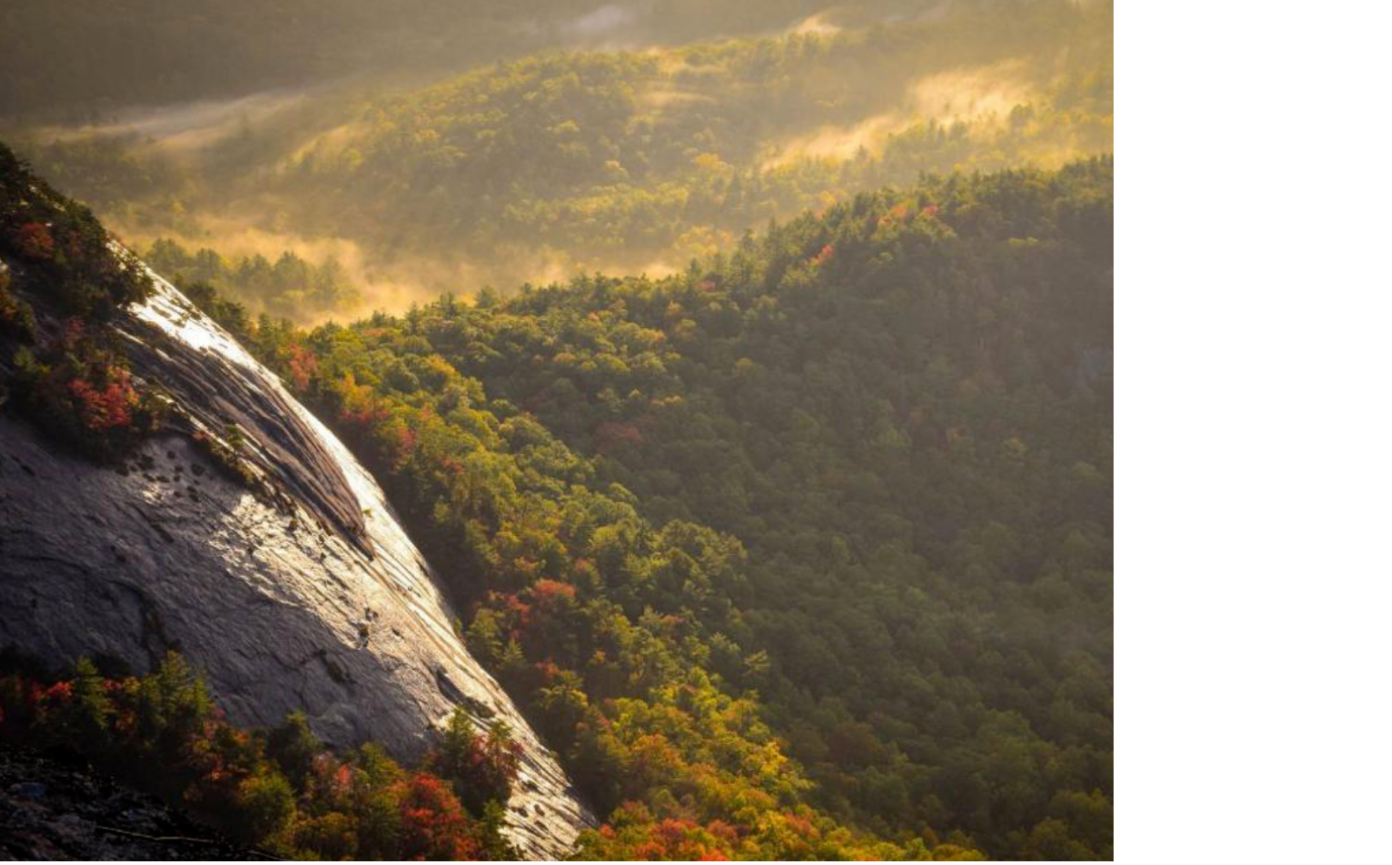
Repository: sogeisetsu/suy-ife
Page: 009-011/index.html
An editor plug-in stored every save of this project. The page is shown before and after the next save, followed by the edit.
The browser window is 1280 px wide. The page is 1280 px wide, then 1600 px, so the pictures cover 1600 px, including what lies to the right of the window. The pictures show the whole page, at 87% of full size.

Above is the page before, as saved 2019-10-10 18:23:38.

### 009-011/index.html
<!DOCTYPE html>
<html>
    <head>
        <meta name="charset" content="utf-8">
        <meta http-equiv="refresh" content="30">
        <link rel="stylesheet" href="index.css" type="text/css">
    </head>
    <body>
        <div id=head>
            <div class=headback>
                <img src="sucai/head-back.png" alt="头部背景">
                <div class="headbackcolor"></div>
            </div>
        </div>
    </body>
</html>

### 009-011/index.css
html,body{
    margin: 0;
    height: 100%;
    width: 100%;
}
#head{
    width: 100%;
    height: 990px;
}
.headback{
    position: absolute;
    overflow: hidden;
    z-index: -1;
    width: 100%;
}
.headbackcolor{
    width: 100%;
    height: 100%;
    background-color: #616161;
    position: relative;
    bottom: 990px;
}
/* #headbackimage{
    width: 100%;
    height: 100%;
} */

After the next save:
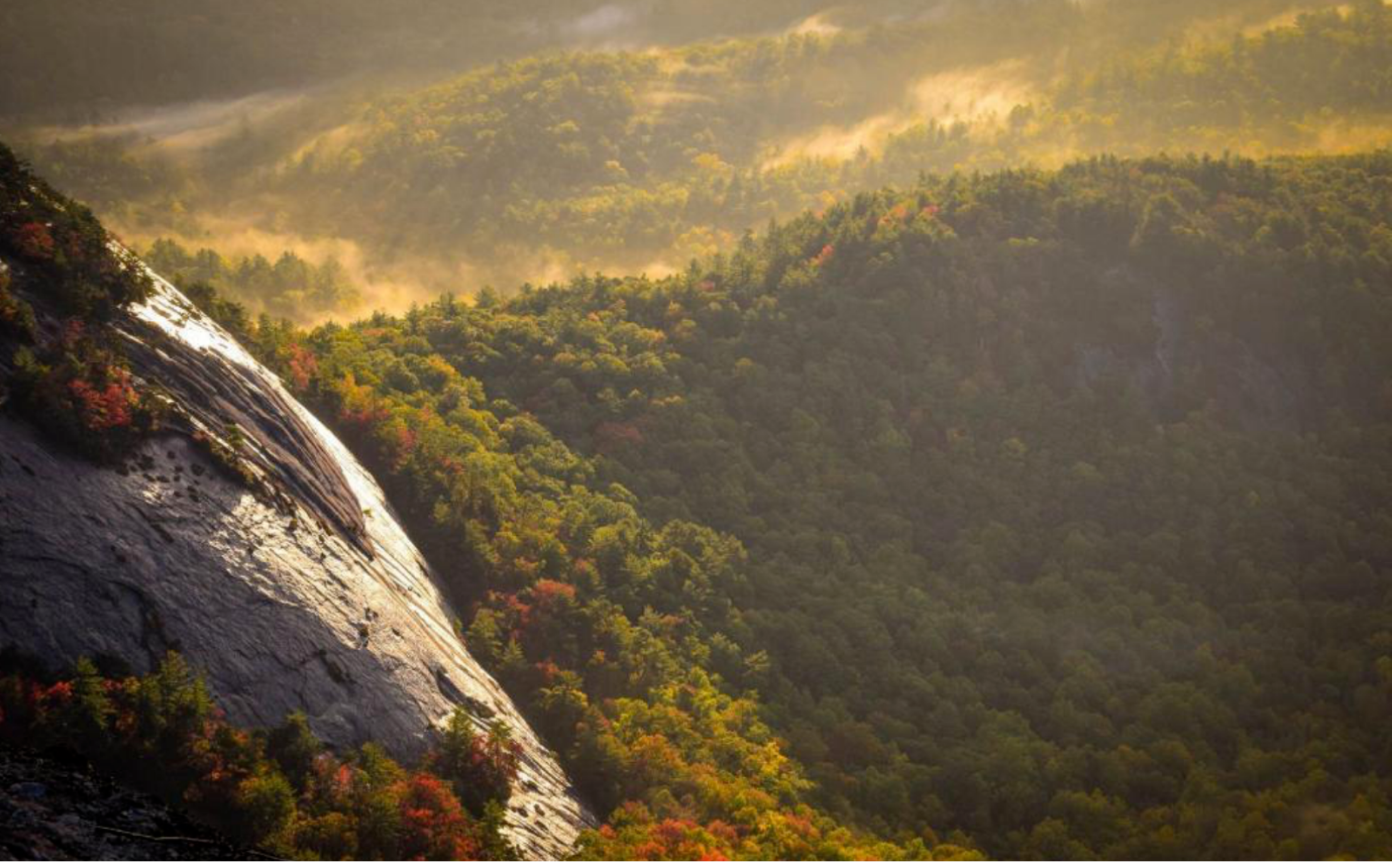
Saved 76 s later.
--- a/009-011/index.css
+++ b/009-011/index.css
@@ -9,7 +9,7 @@ html,body{
 }
 .headback{
     position: absolute;
-    overflow: hidden;
+    /* overflow: hidden; */
     z-index: -1;
     width: 100%;
 }
@@ -18,7 +18,7 @@ html,body{
     height: 100%;
     background-color: #616161;
     position: relative;
-    bottom: 990px;
+    /* bottom: 990px;   */
 }
 /* #headbackimage{
     width: 100%;
